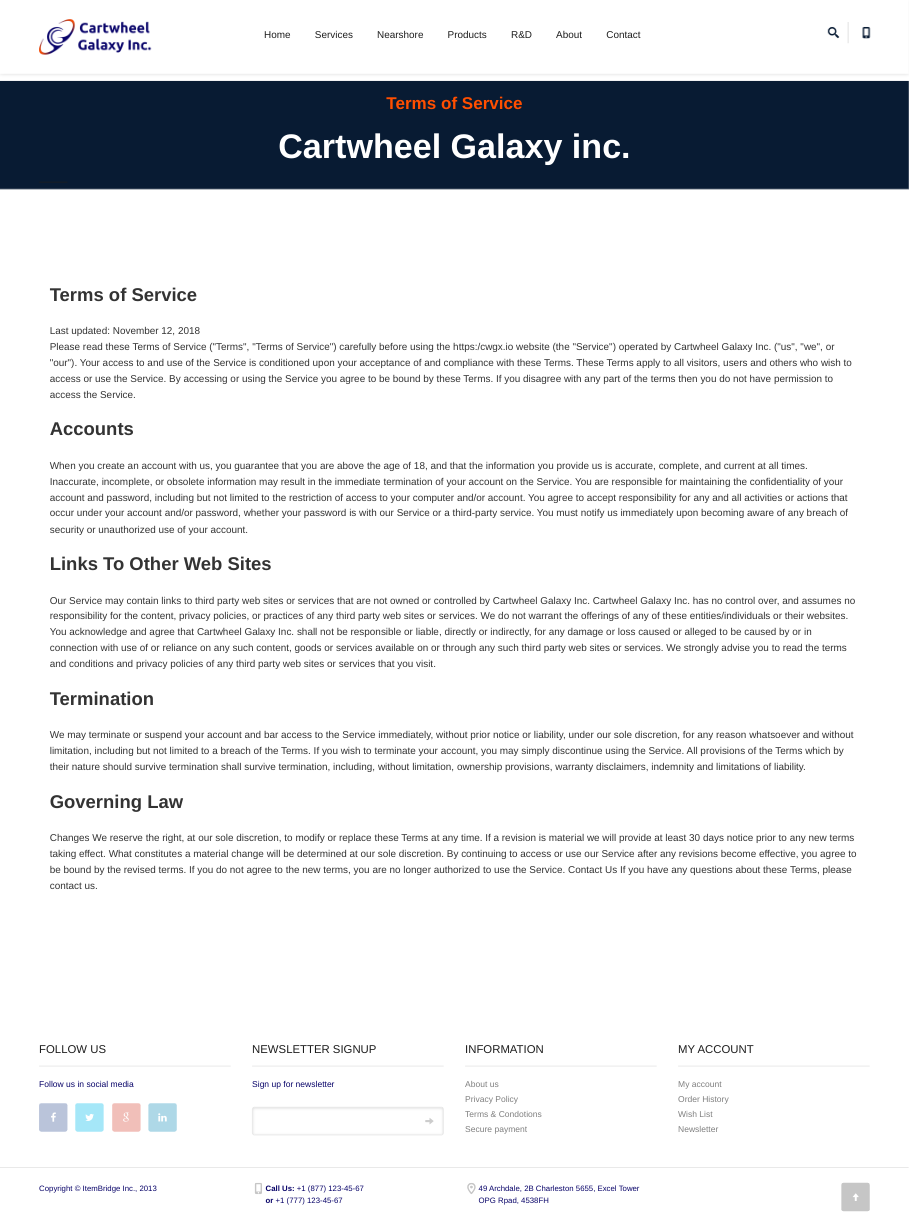
Repository: g-tecio/cwgx.io
Page: terms.html
The author's editor kept a record of every edit. The page is drawn from the files as they stood at one moment, then again after the next edit.
The browser window is 1280 px wide. The pictures show the whole page, at 71% of full size.

Above is the page before.

After the next edit:
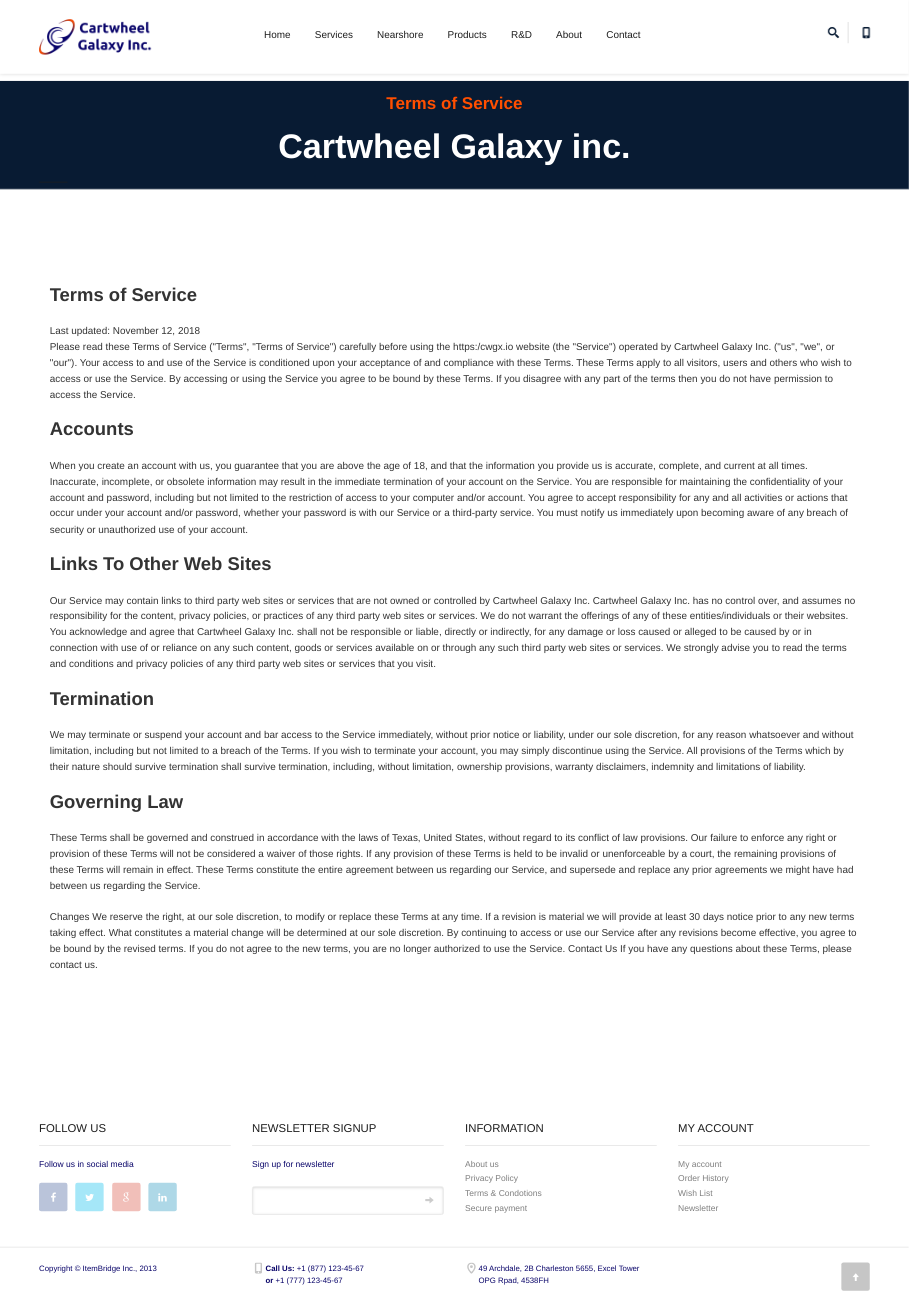
The edit:
--- a/terms.html
+++ b/terms.html
@@ -200,10 +200,11 @@
 All provisions of the Terms which by their nature should survive termination shall survive termination, including, without limitation, ownership provisions, warranty disclaimers, indemnity and limitations of liability.
 </p>
 <h4>Governing Law</h4>
-
-<p>
-
-</p>
+<p>
+    These Terms shall be governed and construed in accordance with the laws of Texas, United States, without regard to its conflict of law provisions.
+Our failure to enforce any right or provision of these Terms will not be considered a waiver of those rights. If any provision of these Terms is held to be invalid or unenforceable by a court, the remaining provisions of these Terms will remain in effect. These Terms constitute the entire agreement between us regarding our Service, and supersede and replace any prior agreements we might have had between us regarding the Service.
+</p>
+<h4></h4>
 <p>
 
 </p>
